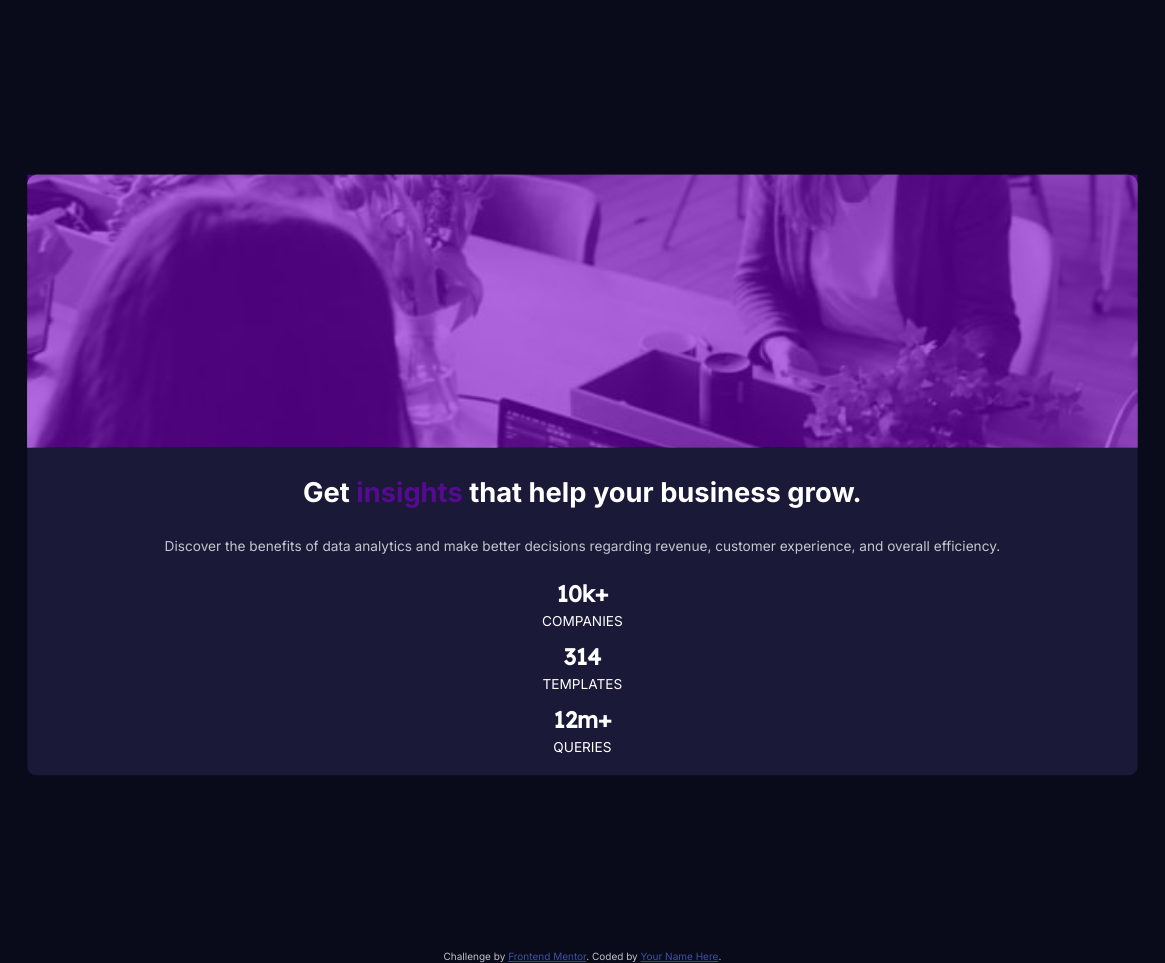
Repository: DejV44/stats-preview-card-component-main
Page: index.html
These files come from the project's save history. The page is drawn as it stood at one moment and after the next save; the edit follows.
The browser window is 1280 px wide. The pictures show the whole page, at 91% of full size.
The style sheet was rebuilt from its Sass, Less or Tailwind sources for each picture, by a compiler version that may differ from the author's.

Above is the page before, as saved 2021-07-05 22:54:21.

After the next save:
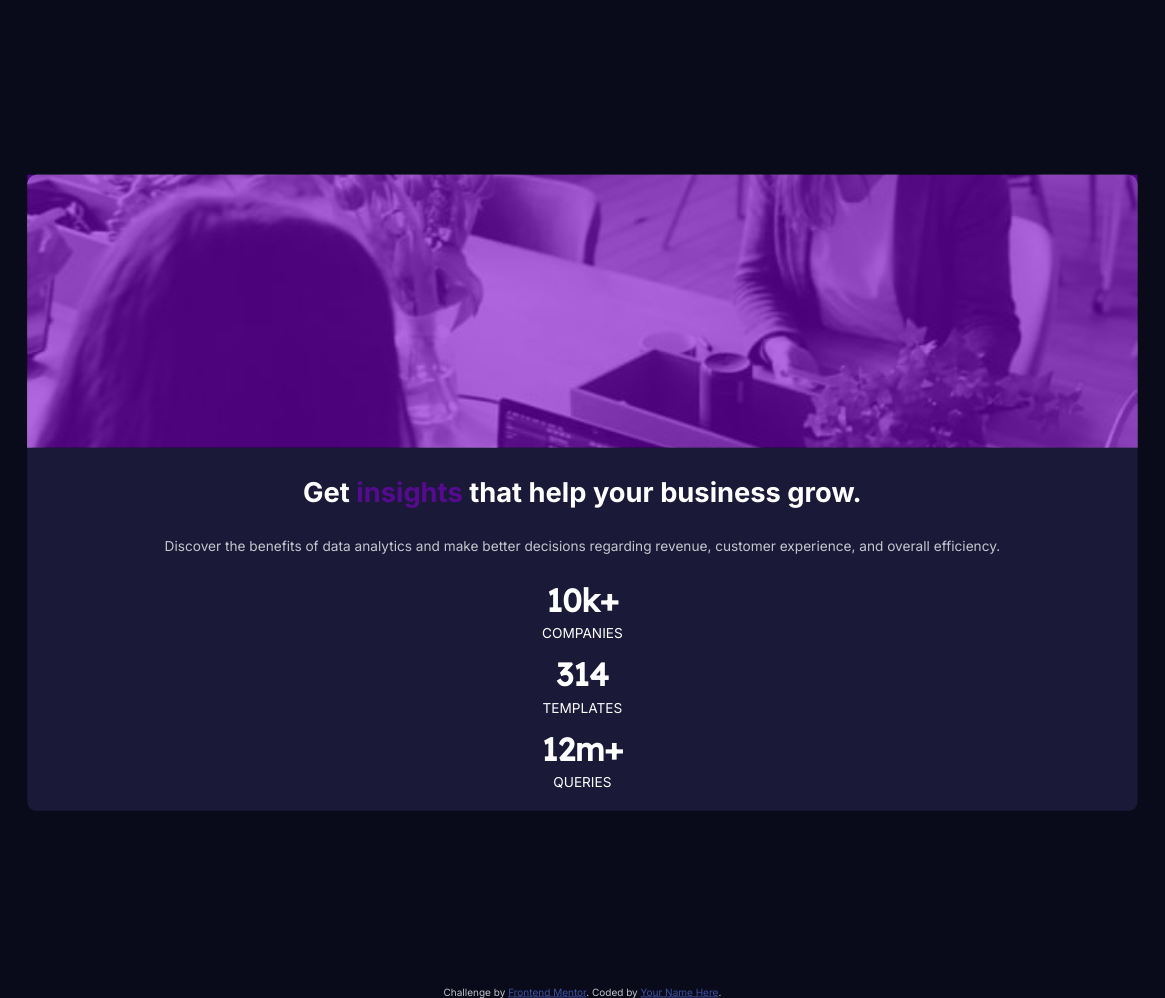
Saved 12 s later.
--- a/css/style.scss
+++ b/css/style.scss
@@ -76,7 +76,7 @@
               text-transform: lowercase;
               font-family: "lexend Deca" ,sans-serif;
               font-weight: 700;
-              font-size: 25px;
+              font-size: 35px;
             }
           }
         }

After the save that followed:
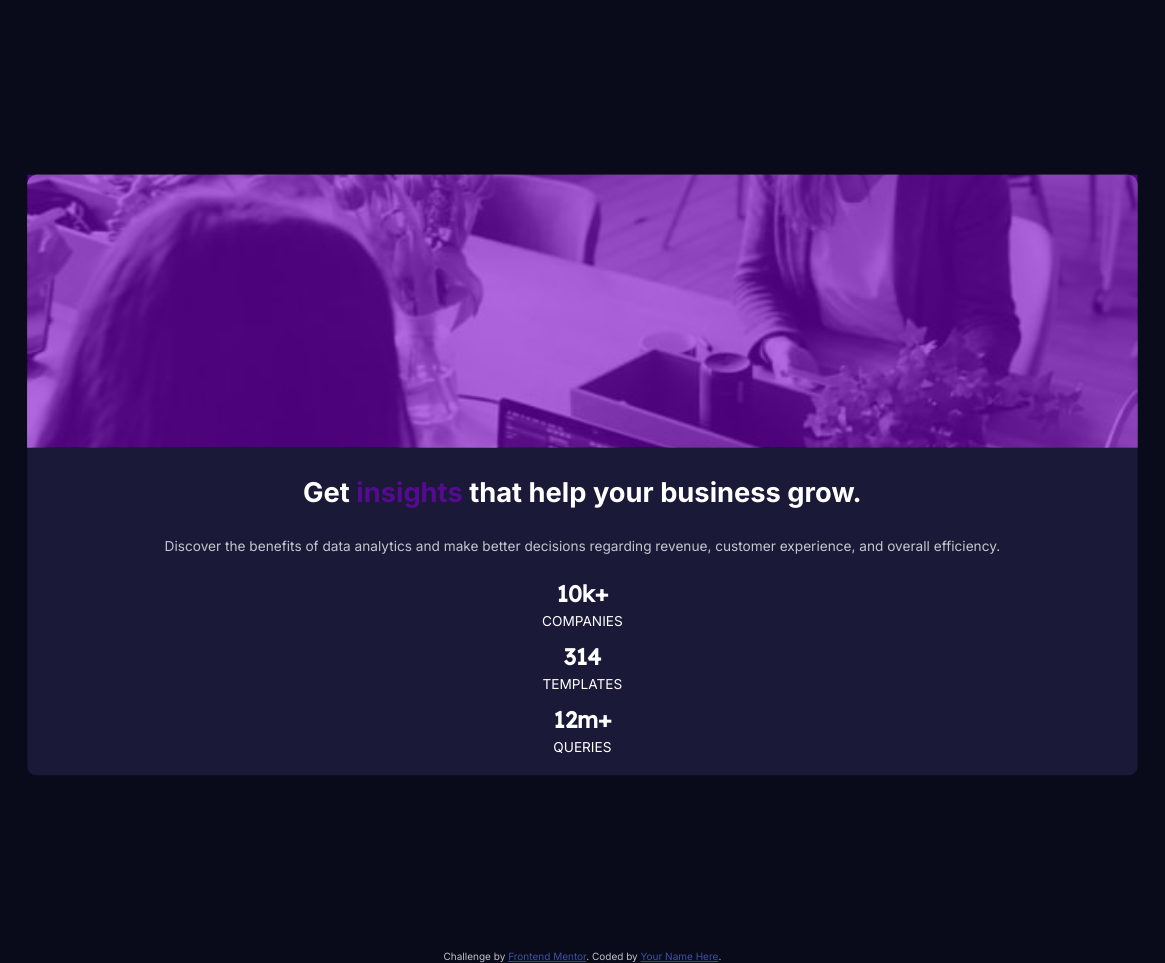
Saved 83 s later.
--- a/css/style.scss
+++ b/css/style.scss
@@ -76,7 +76,7 @@
               text-transform: lowercase;
               font-family: "lexend Deca" ,sans-serif;
               font-weight: 700;
-              font-size: 35px;
+              font-size: 25px;
             }
           }
         }
